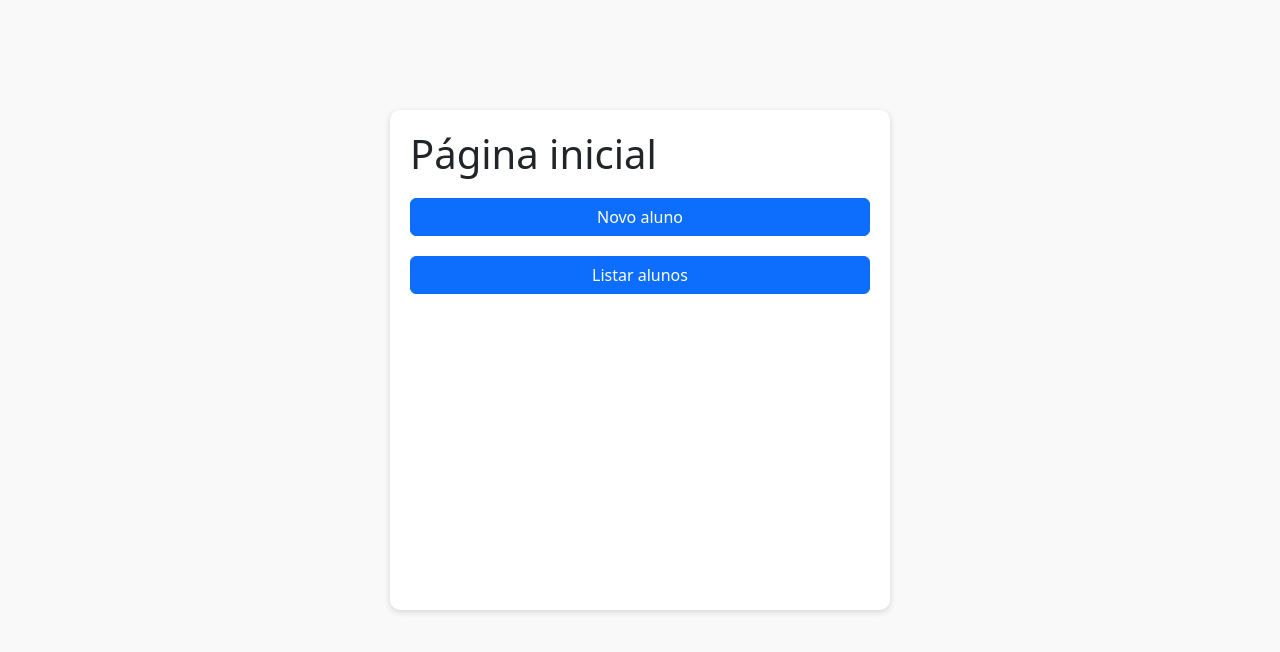
Repository: juliatbarbosa/CRUD-ALUNOS
Page: http://localhost/OlaMundo/alunos/cadastro/index.jsp
An editor plug-in stored every save of this project. The page is shown before and after a run of saves, followed by the edit.
The browser window is 1280 px wide. The pictures show the whole page.
The page is served by Tomcat 9. Other server files are loaded and not shown.

Above is the page before, as saved 2024-09-29 21:17:02.

### OlaMundo/src/main/webapp/alunos/cadastro/index.jsp
<%@page import="org.alunos.AlunoDAO"%>
<%@ page language="java" contentType="text/html; charset=ISO-8859-1"
    pageEncoding="ISO-8859-1"%>
<!DOCTYPE html>
<html>
<head>
<meta charset="ISO-8859-1">
<title>Página inicial</title>

<link href="https://cdn.jsdelivr.net/npm/bootstrap@5.3.3/dist/css/bootstrap.min.css" rel="stylesheet" integrity="sha384-QWTKZyjpPEjISv5WaRU9OFeRpok6YctnYmDr5pNlyT2bRjXh0JMhjY6hW+ALEwIH" crossorigin="anonymous">
<link href="https://cdn.jsdelivr.net/npm/bootstrap-icons/font/bootstrap-icons.css" rel="stylesheet">

<style>
body {
		display: flex;
		justify-content: center;
		align-items: center;
		height: 100vh;
		background-color: #f9f9f9;

	}

	.conteudoTela {
	background-color: white;
	padding: 20px;
	border-radius: 10px;
	box-shadow: 0 2px 6px 0px rgba(0, 0, 0, 0.15);
	height: 500px;
	width: 500px
	}

	h1 {
	margin-bottom:20px;
	}


	button a {
	text-decoration: none;
	color: white;
}
	.botoes {
    display: flex;
    flex-direction: column;
	gap: 20px;
	}

</style>
</head>
<body>

	<div class="conteudoTela">

	<h1>Página inicial</h1>

	<div class="botoes">
			<button type="button" class="btn btn-primary">
				<a href="formulario.jsp?id=0">Novo aluno</a>
			</button>
			<button type="button" class="btn btn-primary">
				<a href="listar.jsp">Listar alunos</a>
			</button>

		</div>
	<br/>

	</div>

	<%


	//AlunoDAO dao = new AlunoDAO();
	//dao.criarTabela();
	%>

	<script src="https://cdn.jsdelivr.net/npm/bootstrap@5.3.3/dist/js/bootstrap.bundle.min.js" integrity="sha384-YvpcrYf0tY3lHB60NNkmXc5s9fDVZLESaAA55NDzOxhy9GkcIdslK1eN7N6jIeHz" crossorigin="anonymous"></script>
</body>
</html>

After the next 2 saves:
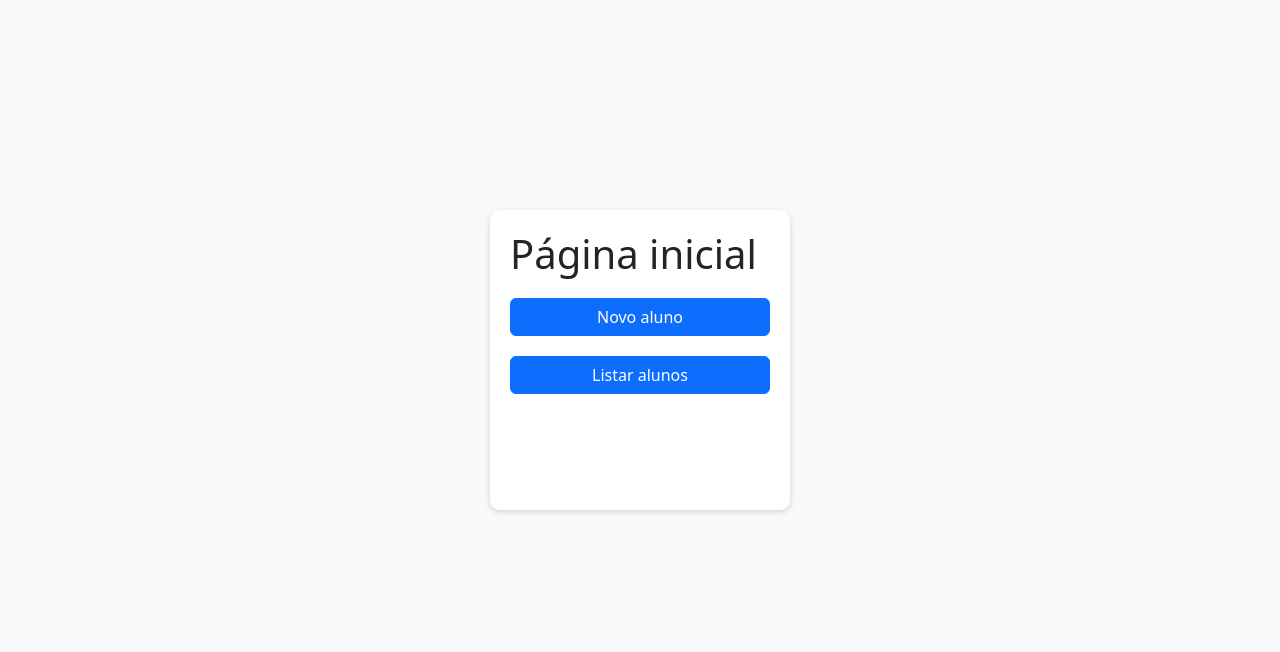
The 2 saves are shown as one change because they came seconds apart.
The last was saved 13 s later.
--- a/OlaMundo/src/main/webapp/alunos/cadastro/index.jsp
+++ b/OlaMundo/src/main/webapp/alunos/cadastro/index.jsp
@@ -25,8 +25,8 @@ body {
 	padding: 20px;
 	border-radius: 10px;
 	box-shadow: 0 2px 6px 0px rgba(0, 0, 0, 0.15);
-	height: 500px;
-	width: 500px
+	height: 300px;
+	width: 300px
 	}
 
 	h1 {
